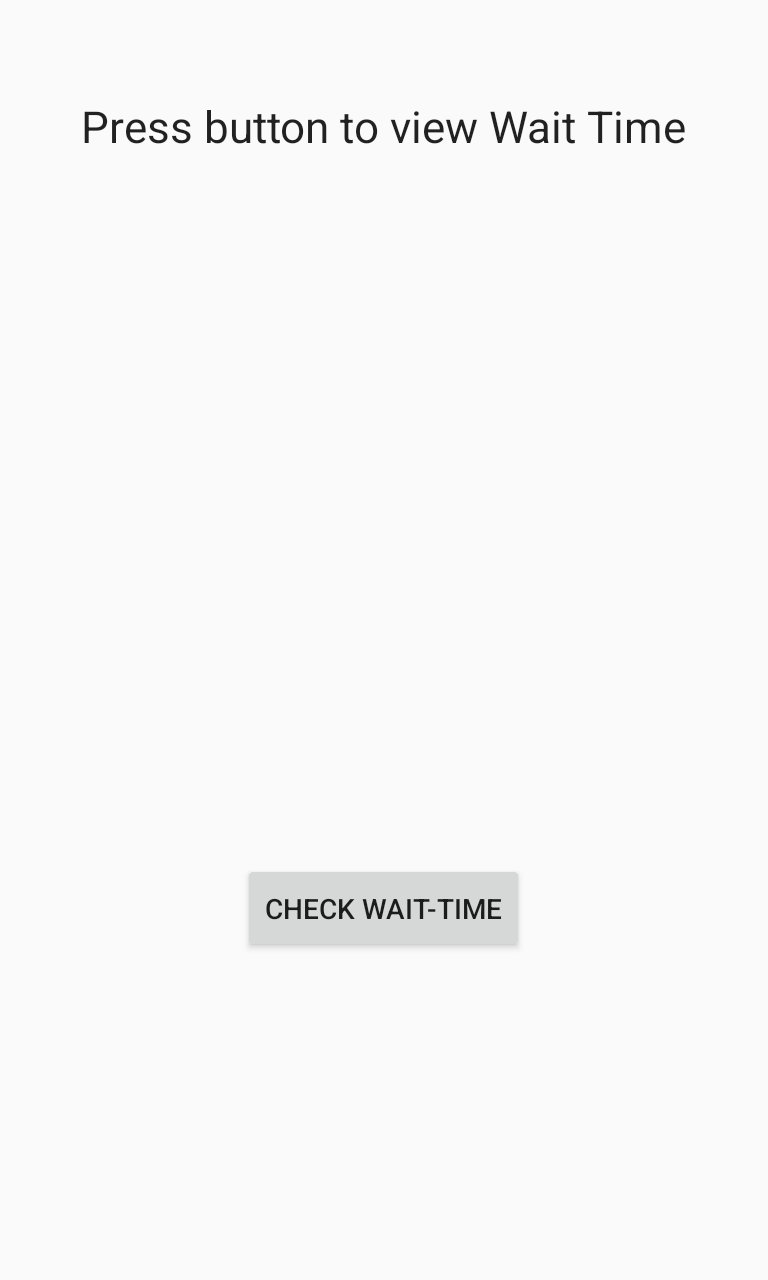
Repository: manasvikaranam/Wait-time-estimation-on-smartphone
Layout: Wait'N'Watch/res/layout/activity_main.xml
An editor plug-in stored every save of this project. The layout is shown before and after the next save, followed by the edit.
It is drawn on a 768 x 1280 px phone screen (xhdpi) without system bars, with theme AppTheme; the app's code is not run.

Above is the layout before, as saved 2015-03-02 23:59:19.

After the next save:
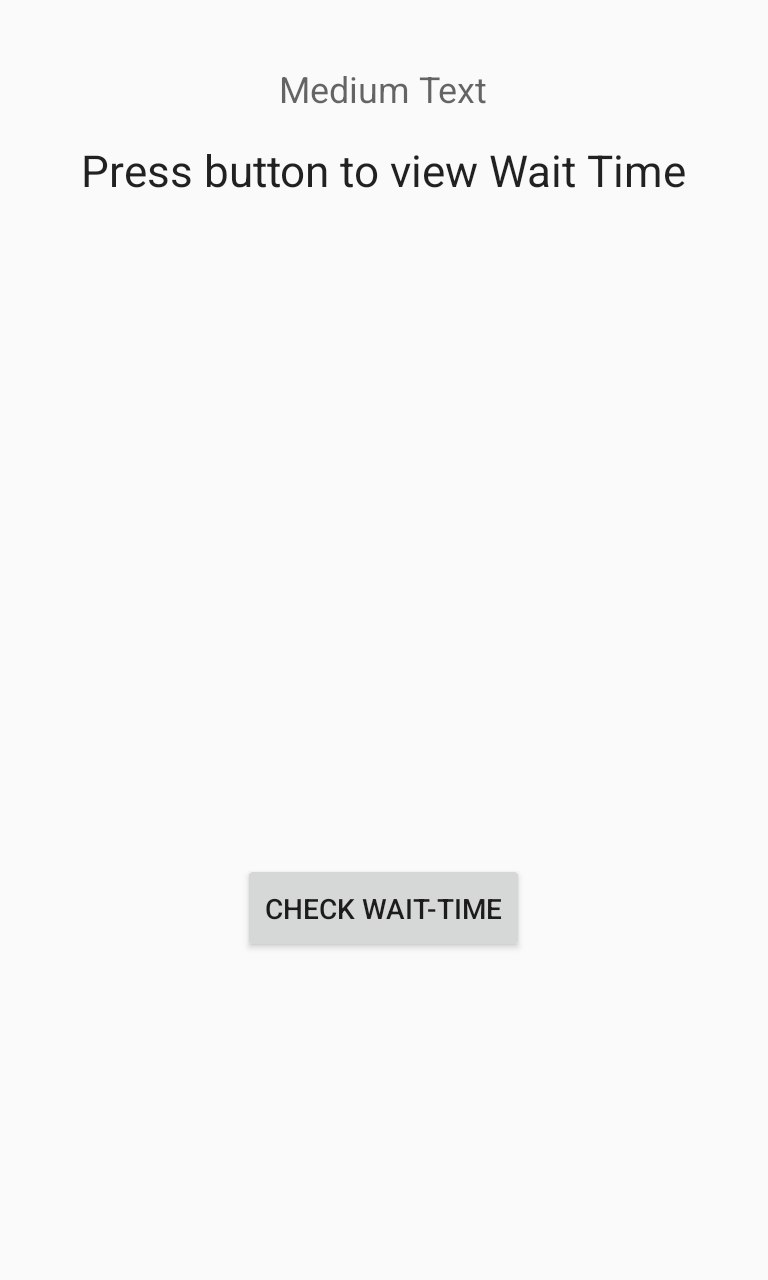
Saved 109 s later.
--- a/Wait'N'Watch/res/layout/activity_main.xml
+++ b/Wait'N'Watch/res/layout/activity_main.xml
@@ -7,15 +7,6 @@
     android:paddingRight="@dimen/activity_horizontal_margin"
     android:paddingTop="@dimen/activity_vertical_margin"
     tools:context="com.example.waitnwatch.layouts.MainActivity" >
-
-    <TextView
-        android:id="@+id/waitTimeView"
-        android:layout_width="wrap_content"
-        android:layout_height="wrap_content"
-        android:layout_centerHorizontal="true"
-        android:layout_marginTop="32dp"
-        android:text="@string/waitTimeView"
-        android:textAppearance="?android:attr/textAppearanceLarge" />
     <Button
         android:id="@+id/checkWaitTime"
         android:layout_width="wrap_content"
@@ -26,6 +17,24 @@
         android:text="@string/checkWaitTime"
         android:onClick="checkWaitTime" />
 
+    <TextView
+        android:id="@+id/waitTimeView"
+        android:layout_width="wrap_content"
+        android:layout_height="wrap_content"
+        android:layout_below="@+id/textView1"
+        android:layout_centerHorizontal="true"
+        android:layout_marginTop="54dp"
+        android:text="@string/waitTimeView"
+        android:textAppearance="?android:attr/textAppearanceLarge" />
 
+    <TextView
+        android:id="@+id/status"
+        android:layout_width="wrap_content"
+        android:layout_height="wrap_content"
+        android:layout_alignParentTop="true"
+        android:layout_centerHorizontal="true"
+        android:layout_marginTop="16dp"
+        android:text="Medium Text"
+        android:textAppearance="?android:attr/textAppearanceMedium" />
 
 </RelativeLayout>
